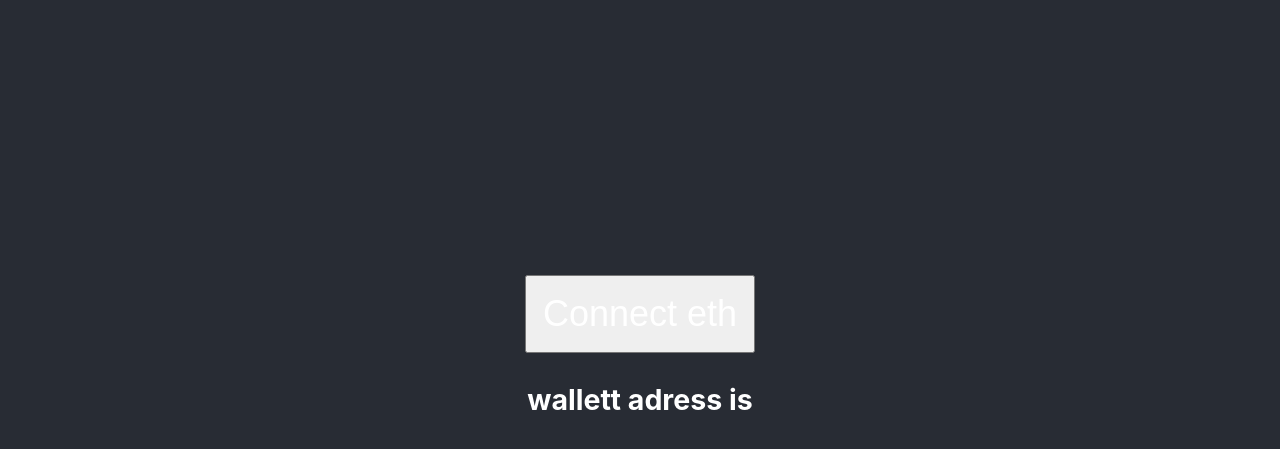
Repository: Hasnainzxc/eth-widget
Page: /
An editor plug-in stored every save of this project. The page is shown before and after the next save, followed by the edit.
The browser window is 1280 px wide. The pictures show the whole page.
The project was rebuilt for these pictures with package versions that can differ from the ones it lists, and the page was loaded fresh each time.

Above is the page before, as saved 2023-04-26 03:32:54.

### src/App.js
import logo from './logo.svg';
import './App.css';
import { useState } from 'react';
import { ethers } from 'ethers';

function App() {

  //propertties
  const [walletAddress, setWalletAddress] = useState('');
// helper function
//request acess to user Mets MASK WaLLET

  async function requestAccount() {


    async function connectWallet() {
      if(typeof window.ethereum !== 'undefined') {
        await requestAccount();

        const provider = new ethers.providers.web3Provider(window.ethereum);
      }
    }


    if (window.ethereum) {
      console.log('detected');

      try {
        const accounts = await window.ethereum.request({ method: 'eth_requestAccounts' });
        setWalletAddress(accounts[0]);
      }
      catch (error) {
        console.log('error', error);
      }
    } else {
      console.log('not detected');
    }
  }

  return (
    <div className="App">
      <header className="App-header">
        <button onClick={requestAccount}>Connect eth</button>
        <h3>wallett adress is {walletAddress}</h3>
      </header>
    </div>
  );
}

export default App;

### src/App.css
.App {
  text-align: center;
}

.App-logo {
  height: 40vmin;
  pointer-events: none;
}

@media (prefers-reduced-motion: no-preference) {
  .App-logo {
    animation: App-logo-spin infinite 20s linear;
  }
}

.App-header {
  background-color: #282c34;
  min-height: 100vh;
  display: flex;
  flex-direction: column;
  align-items: center;
  justify-content: center;
  font-size: calc(10px + 2vmin);
  color: white;
}

.App-link {
  color: #61dafb;
}

@keyframes App-logo-spin {
  from {
    transform: rotate(0deg);
  }
  to {
    transform: rotate(360deg);
  }
}
button {
  font-size: 36px;
  padding: 16px;
  border-radius: red;
  color: white;


}

Loaded but not shown: public/index.html (common file); src/index.js (common file); src/index.css (common file); src/reportWebVitals.js (common file)

After the next save:
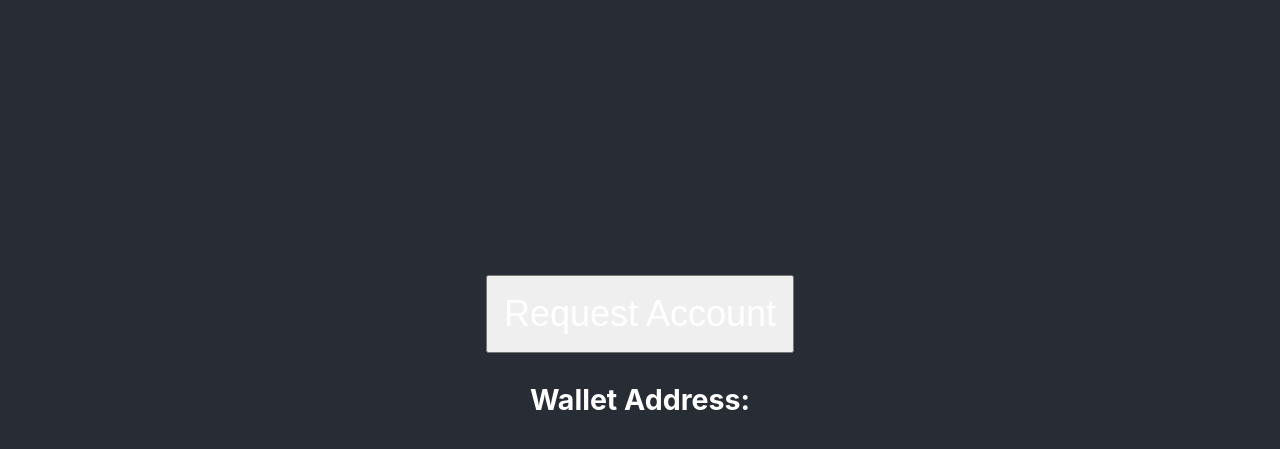
Saved 105 s later.
--- a/src/App.js
+++ b/src/App.js
@@ -1,47 +1,56 @@
-import logo from './logo.svg';
 import './App.css';
 import { useState } from 'react';
 import { ethers } from 'ethers';
 
 function App() {
 
-  //propertties
-  const [walletAddress, setWalletAddress] = useState('');
-// helper function
-//request acess to user Mets MASK WaLLET
+  // Properties
 
+  const [walletAddress, setWalletAddress] = useState("");
+
+  // Helper Functions
+
+  // Requests access to the user's META MASK WALLET
+  // https://metamask.io
   async function requestAccount() {
+    console.log('Requesting account...');
 
-
-    async function connectWallet() {
-      if(typeof window.ethereum !== 'undefined') {
-        await requestAccount();
-
-        const provider = new ethers.providers.web3Provider(window.ethereum);
-      }
-    }
-
-
-    if (window.ethereum) {
+    // ❌ Check if Meta Mask Extension exists
+    if(window.ethereum) {
       console.log('detected');
 
       try {
-        const accounts = await window.ethereum.request({ method: 'eth_requestAccounts' });
+        const accounts = await window.ethereum.request({
+          method: "eth_requestAccounts",
+        });
         setWalletAddress(accounts[0]);
+      } catch (error) {
+        console.log('Error connecting...');
       }
-      catch (error) {
-        console.log('error', error);
-      }
+
     } else {
-      console.log('not detected');
+      alert('Meta Mask not detected');
+    }
+  }
+
+  // Create a provider to interact with a smart contract
+  async function connectWallet() {
+    if(typeof window.ethereum !== 'undefined') {
+      await requestAccount();
+
+      const provider = new ethers.providers.Web3Provider(window.ethereum);
     }
   }
 
   return (
     <div className="App">
       <header className="App-header">
-        <button onClick={requestAccount}>Connect eth</button>
-        <h3>wallett adress is {walletAddress}</h3>
+        <button
+
+        onClick={requestAccount}
+
+        >Request Account</button>
+        <h3>Wallet Address: {walletAddress}</h3>
       </header>
     </div>
   );
